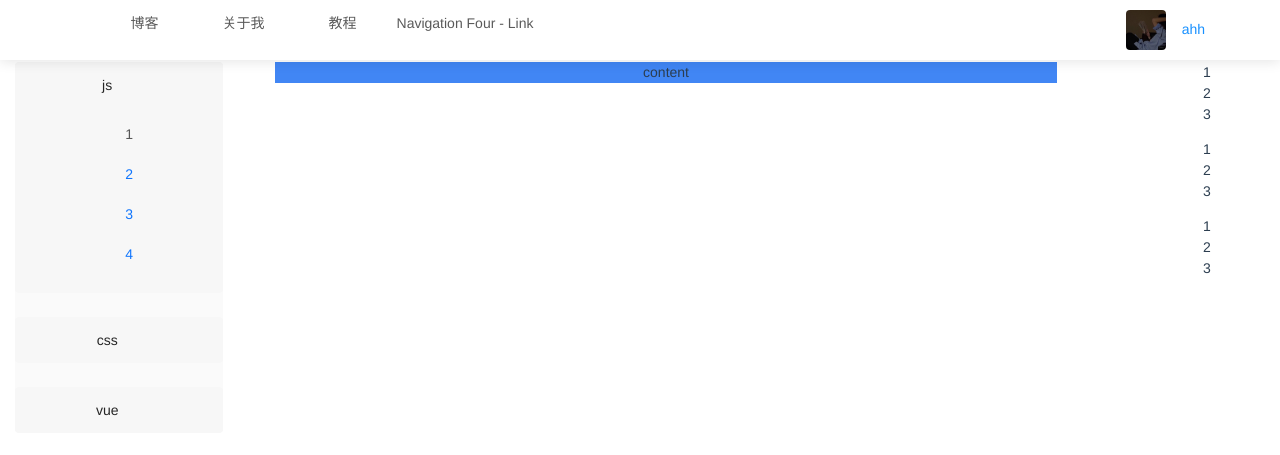
Repository: GitDjAr/blog
Page: /notes (app in myblog/)
The author's editor kept a copy of each file at every save. The page is drawn from the files as they stood at one save, then again after the next save.
The browser window is 1280 px wide. The pictures show the whole page.
The project was rebuilt for these pictures with package versions that can differ from the ones it lists, and the page was loaded fresh each time. Also part of the build but not shown: myblog/webpack.config.js, myblog/src/views/footer/footer.vue. Imported but missing from the stored project, and not drawn on this page: myblog/src/store/getters, myblog/src/views/about/about.

Above is the page before, as saved 2020-12-27 20:04:57.

After the next save:
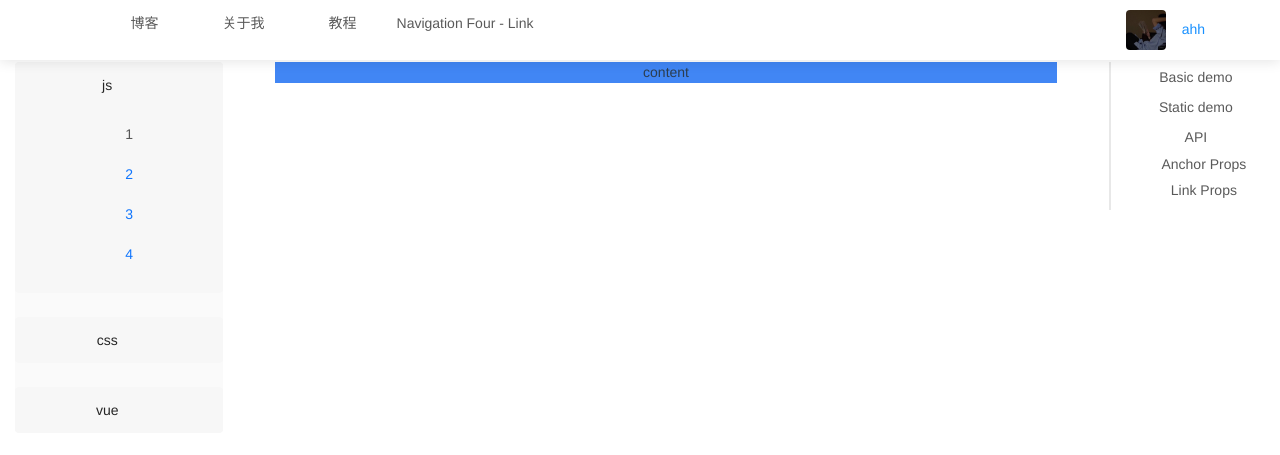
Saved 1 s later.
--- a/myblog/src/views/notes/notes.vue
+++ b/myblog/src/views/notes/notes.vue
@@ -33,9 +33,14 @@
       </a-col>
       <a-col :span='0' :lg="{span:'4',offset:'1'}" :xl='{span:"3",offset:"1"}'>
         <div class="menu-notes">
-          <ul class="menu-notes-ul" v-for="(itme, index) in 3" :key="index">
-            <li class="menu-notes-li" v-for="(it2, idx2) in 3" :key="idx2">{{it2}}</li>
-          </ul>
+          <a-anchor :target-offset="targetOffset">
+            <a-anchor-link href="#components-anchor-demo-basic" title="Basic demo" />
+            <a-anchor-link href="#components-anchor-demo-static" title="Static demo" />
+            <a-anchor-link href="#API" title="API">
+              <a-anchor-link href="#Anchor-Props" title="Anchor Props" />
+              <a-anchor-link href="#Link-Props" title="Link Props" />
+            </a-anchor-link>
+          </a-anchor>
         </div>
       </a-col>
     </a-row>
@@ -79,9 +84,5 @@ export default {
   background: #4186f4;
 }
 .menu-notes{
-  .menu-notes-ul{
-    list-style: none;
-
-  }
 }
 </style>
